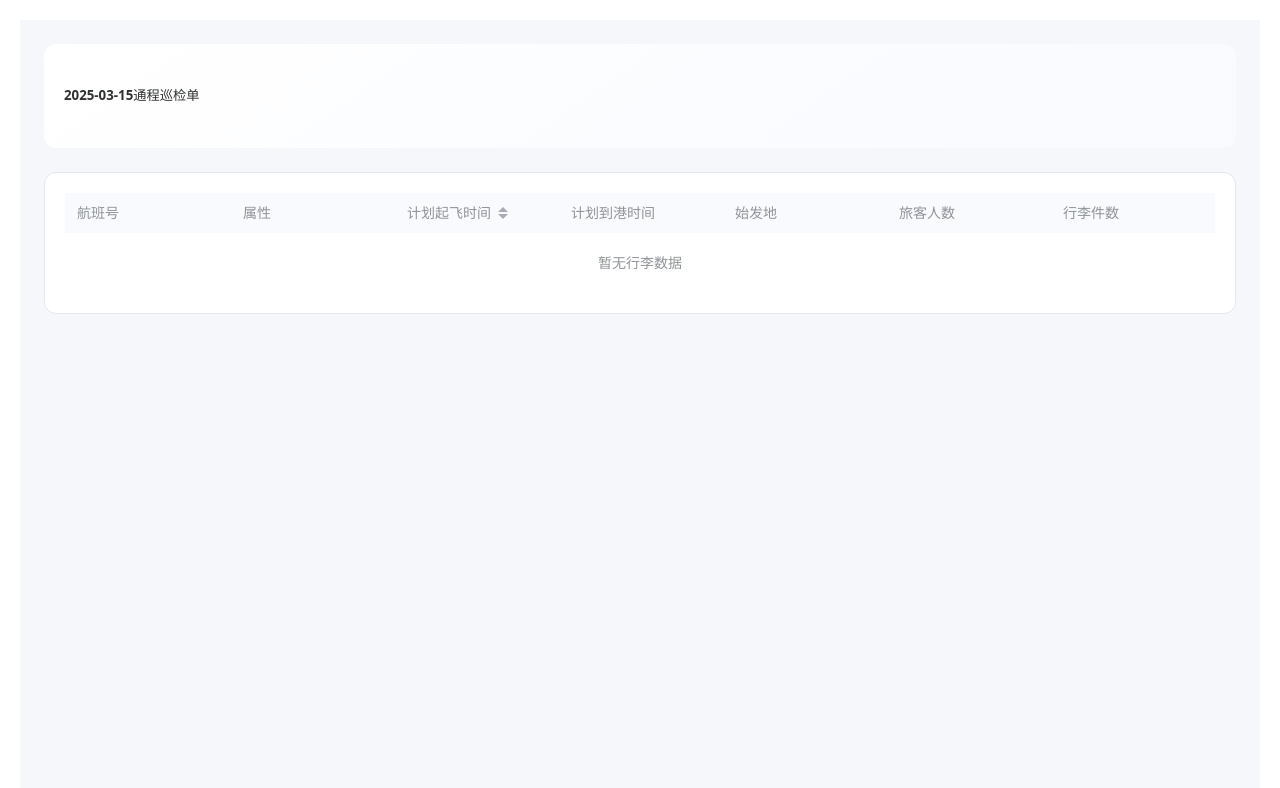
Repository: jhonMacTavish/through-baggage-info-check
Page: / (app in web/)
The author's editor kept a copy of each file at every save. The page is drawn from the files as they stood at one save, then again after a run of saves.
The browser window is 1280 px wide. The pictures show the whole page.
The page's requests for data from a server got no answer. The project was rebuilt for these pictures with package versions that can differ from the ones it lists, and the page was loaded fresh each time. No one was signed in, and anything a server would have sent is missing. Also part of the build but not shown: web/vite.config.js, web/src/components/Header.vue.

Above is the page before, as saved 2025-03-27 14:43:42.

After the next 2 saves:
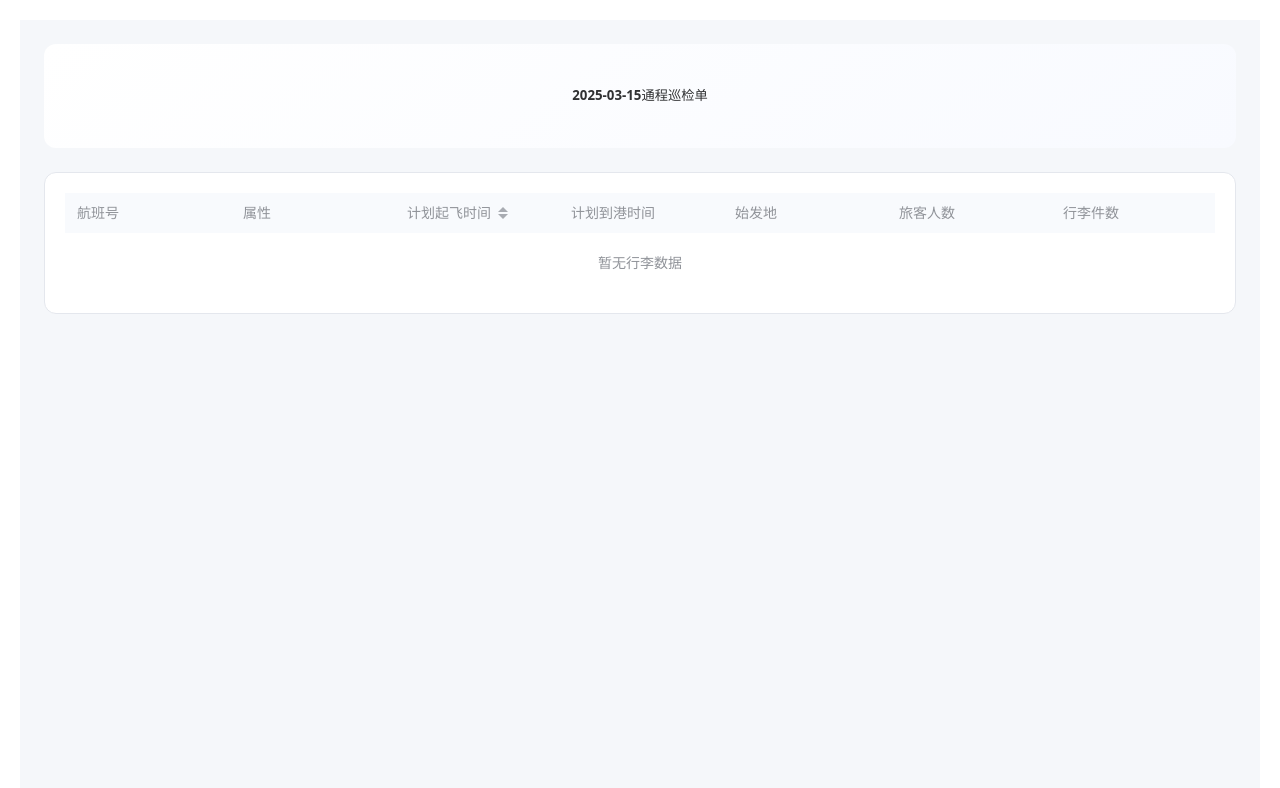
The 2 saves are shown as one change because they came seconds apart.
The last was saved 92 s later.
--- a/web/src/App.vue
+++ b/web/src/App.vue
@@ -2,7 +2,7 @@
  * @Author: john_mactavish 981192661@qq.com
  * @Date: 2025-03-12 09:20:58
  * @LastEditors: john_mactavish 981192661@qq.com
- * @LastEditTime: 2025-03-27 14:43:16
+ * @LastEditTime: 2025-03-27 14:45:13
  * @FilePath: \passengerInfoSearch\web\src\App.vue
 -->
 <script setup>
@@ -12,8 +12,6 @@ import Header from './components/Header.vue'
 import axios from 'axios'
 import { dayjs } from 'element-plus'
 
-const passengerData = ref([])
-const verifyData = ref([])
 const tableData = ref([])
 const loading = ref(false)
 const date = dayjs().format('YYYY-MM-DD')
@@ -52,7 +50,7 @@ onMounted(() => {
       <el-header class="header-wrapper">
         <el-card shadow="hover" class="header-card">
           <!-- <Header @emitSearch="queryPassenger" @emitReset="reset" /> -->
-          <h5>{{ date }}通程巡检单</h5>
+          <h5 style="text-align: center;">{{ date }}通程巡检单</h5>
         </el-card>
       </el-header>
 
